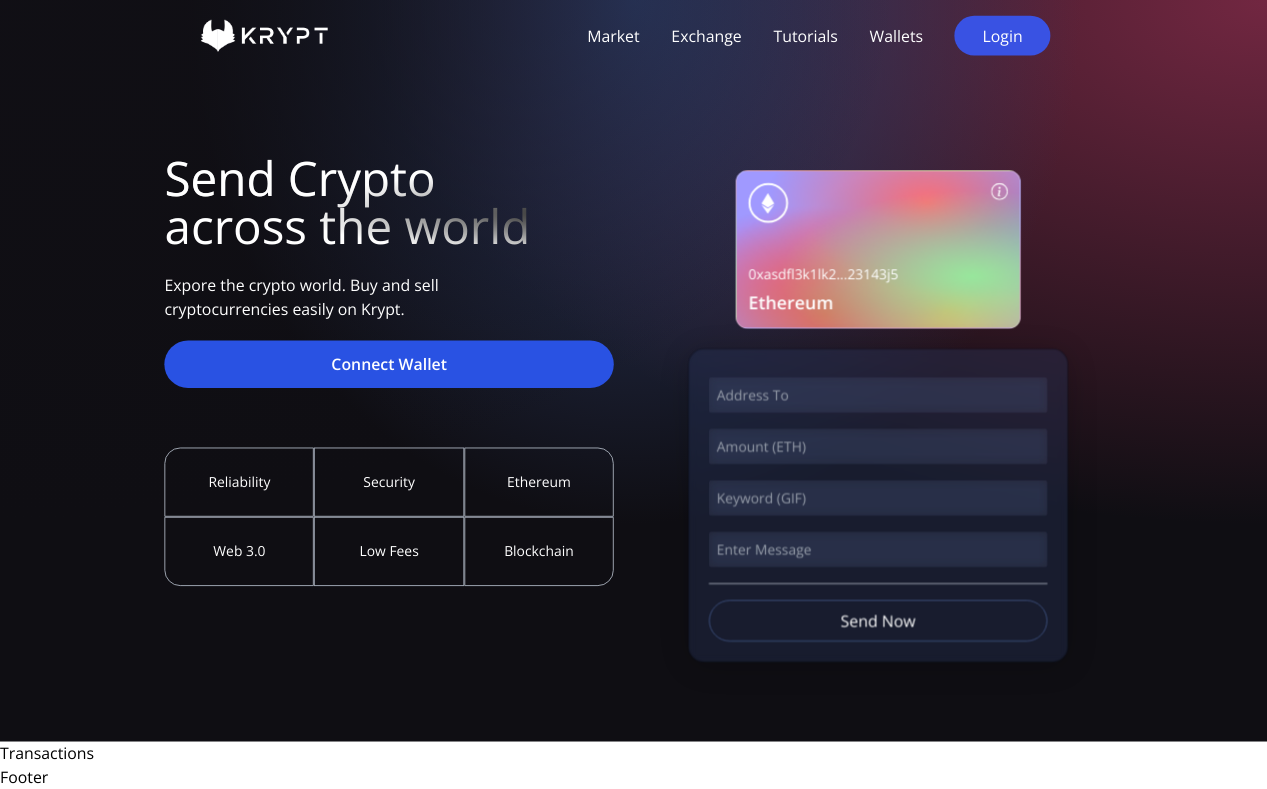
Repository: stephan-chiorean/krypt
Page: / (app in client/)
An editor plug-in stored every save of this project. The page is shown before and after the next save, followed by the edit.
The browser window is 1280 px wide. The pictures show the whole page, at 99% of full size.
The project was rebuilt for these pictures with package versions that can differ from the ones it lists, and the page was loaded fresh each time. Also part of the build but not shown: client/vite.config.js, client/src/components/Loader.jsx.

Above is the page before, as saved 2023-03-29 19:04:40.

After the next save:
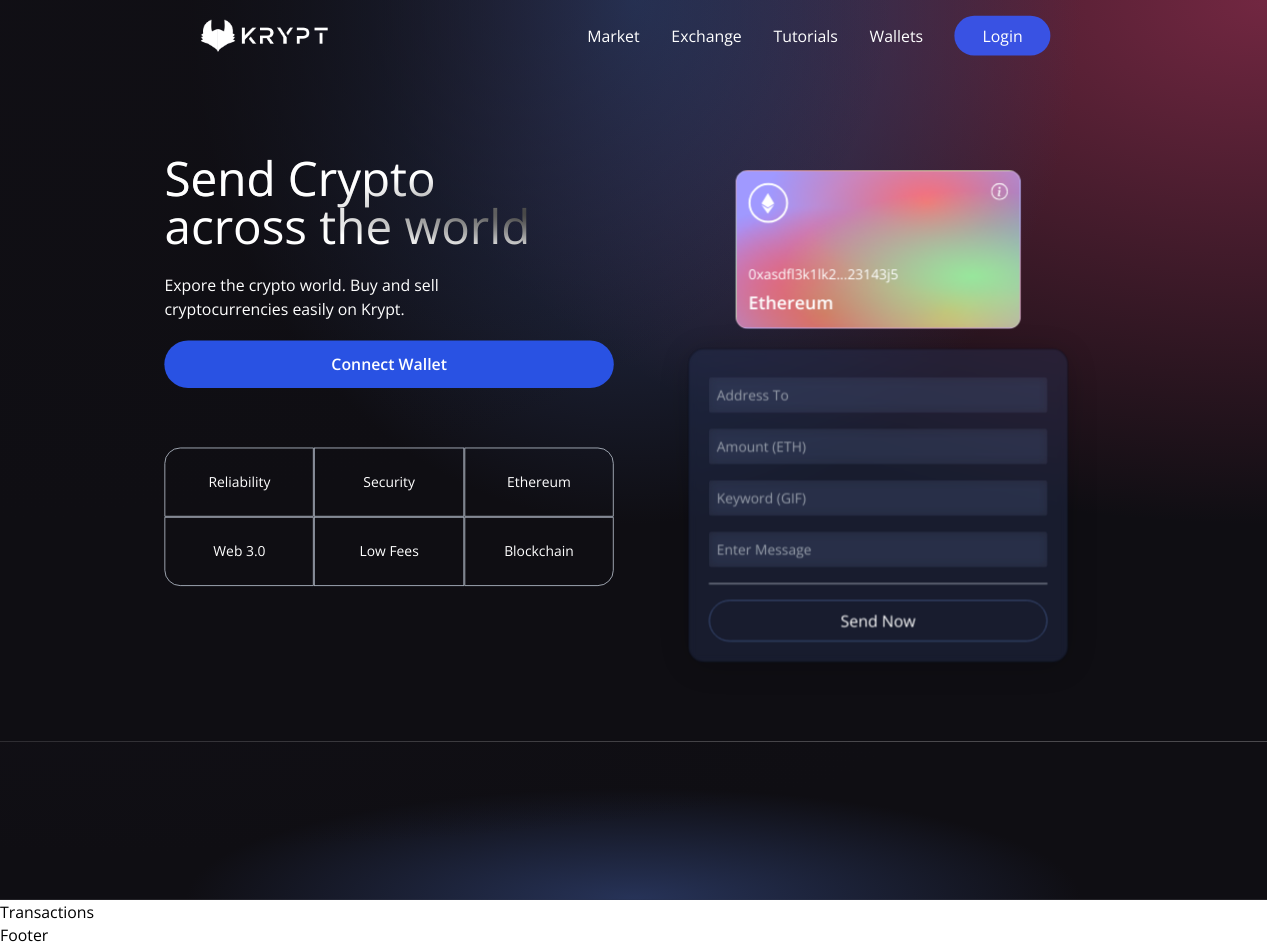
Saved 60 s later.
--- a/client/src/components/Services.jsx
+++ b/client/src/components/Services.jsx
@@ -5,6 +5,9 @@ import {RiHeart2Fill} from 'react-icons/ri';
 export default() => {
   return (
     <div className="flex w-full justify-center items-center gradient-bg-services">
+      <div className="flex md:flex-row flex-col items-center justify-between md:p-20 py-12 px-4">
+
+      </div>
 
     </div>
   )
